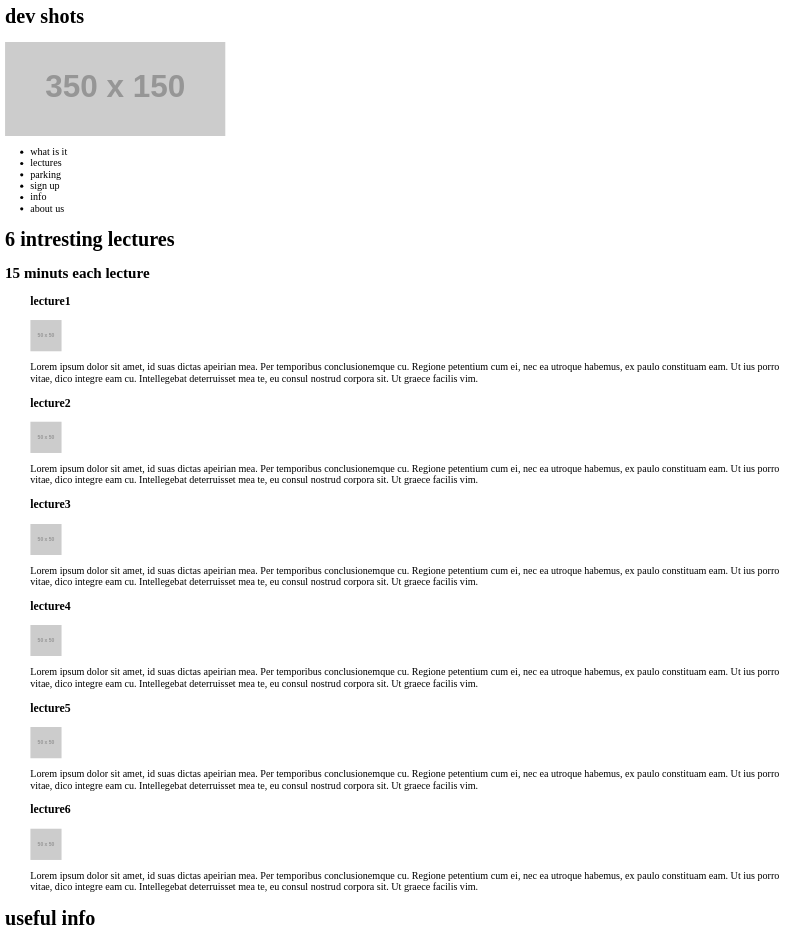
Repository: innaplx/exercises-devshots-html4-part1
Page: index.html
The author's editor kept a copy of each file at every save. The page is drawn from the files as they stood at one save, then again after the next save.
The browser window is 1280 px wide. The pictures show the whole page, at 63% of full size.

Above is the page before, as saved 2018-08-17 20:01:39.

After the next save:
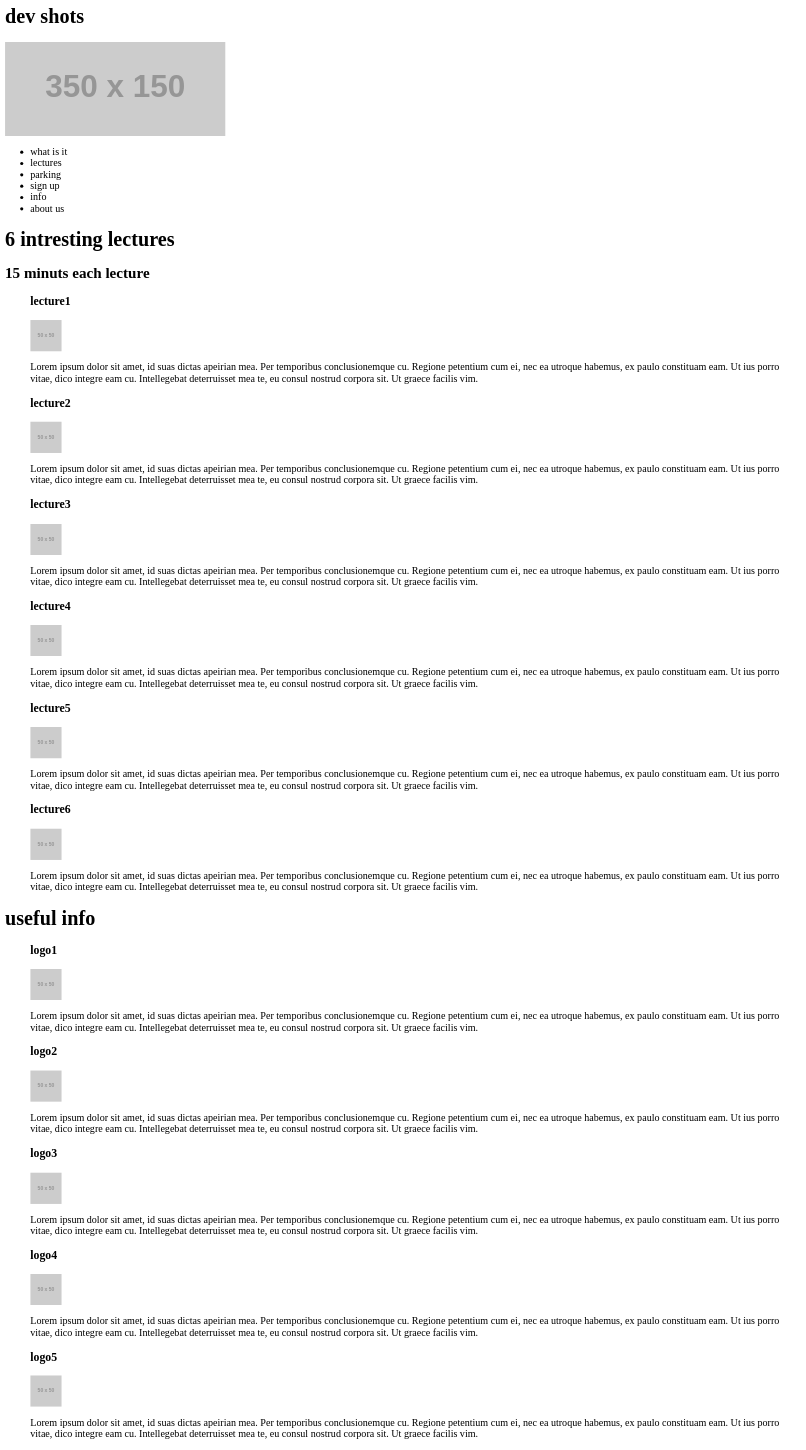
Saved 3 min 20 s later.
--- a/index.html
+++ b/index.html
@@ -54,7 +54,35 @@
             </ul>
 
             <h1>useful info</h1>
+            <ul>
+                    <il>
+                    <h3>logo1</h3>
+                    <a href="https://placeholder.com"><img src="https://via.placeholder.com/50x50"></a>
+                    <p>Lorem ipsum dolor sit amet, id suas dictas apeirian mea. Per temporibus conclusionemque cu. Regione petentium cum ei, nec ea utroque habemus, ex paulo constituam eam. Ut ius porro vitae, dico integre eam cu. Intellegebat deterruisset mea te, eu consul nostrud corpora sit. Ut graece facilis vim.</p>
+                    </il>
 
+                    <il>
+                            <h3>logo2</h3>
+                            <a href="https://placeholder.com"><img src="https://via.placeholder.com/50x50"></a>
+                            <p>Lorem ipsum dolor sit amet, id suas dictas apeirian mea. Per temporibus conclusionemque cu. Regione petentium cum ei, nec ea utroque habemus, ex paulo constituam eam. Ut ius porro vitae, dico integre eam cu. Intellegebat deterruisset mea te, eu consul nostrud corpora sit. Ut graece facilis vim.</p>
+                            </il>
+                            <il>
+                                    <h3>logo3</h3>
+                                    <a href="https://placeholder.com"><img src="https://via.placeholder.com/50x50"></a>
+                                    <p>Lorem ipsum dolor sit amet, id suas dictas apeirian mea. Per temporibus conclusionemque cu. Regione petentium cum ei, nec ea utroque habemus, ex paulo constituam eam. Ut ius porro vitae, dico integre eam cu. Intellegebat deterruisset mea te, eu consul nostrud corpora sit. Ut graece facilis vim.</p>
+                                    </il>
+                                    <il>
+                                            <h3>logo4</h3>
+                                            <a href="https://placeholder.com"><img src="https://via.placeholder.com/50x50"></a>
+                                            <p>Lorem ipsum dolor sit amet, id suas dictas apeirian mea. Per temporibus conclusionemque cu. Regione petentium cum ei, nec ea utroque habemus, ex paulo constituam eam. Ut ius porro vitae, dico integre eam cu. Intellegebat deterruisset mea te, eu consul nostrud corpora sit. Ut graece facilis vim.</p>
+                                            </il>
+                                            <il>
+                                                    <h3>logo5</h3>
+                                                    <a href="https://placeholder.com"><img src="https://via.placeholder.com/50x50"></a>
+                                                    <p>Lorem ipsum dolor sit amet, id suas dictas apeirian mea. Per temporibus conclusionemque cu. Regione petentium cum ei, nec ea utroque habemus, ex paulo constituam eam. Ut ius porro vitae, dico integre eam cu. Intellegebat deterruisset mea te, eu consul nostrud corpora sit. Ut graece facilis vim.</p>
+                                                    </il>
+
+                </ul>
 
     </body>
 
